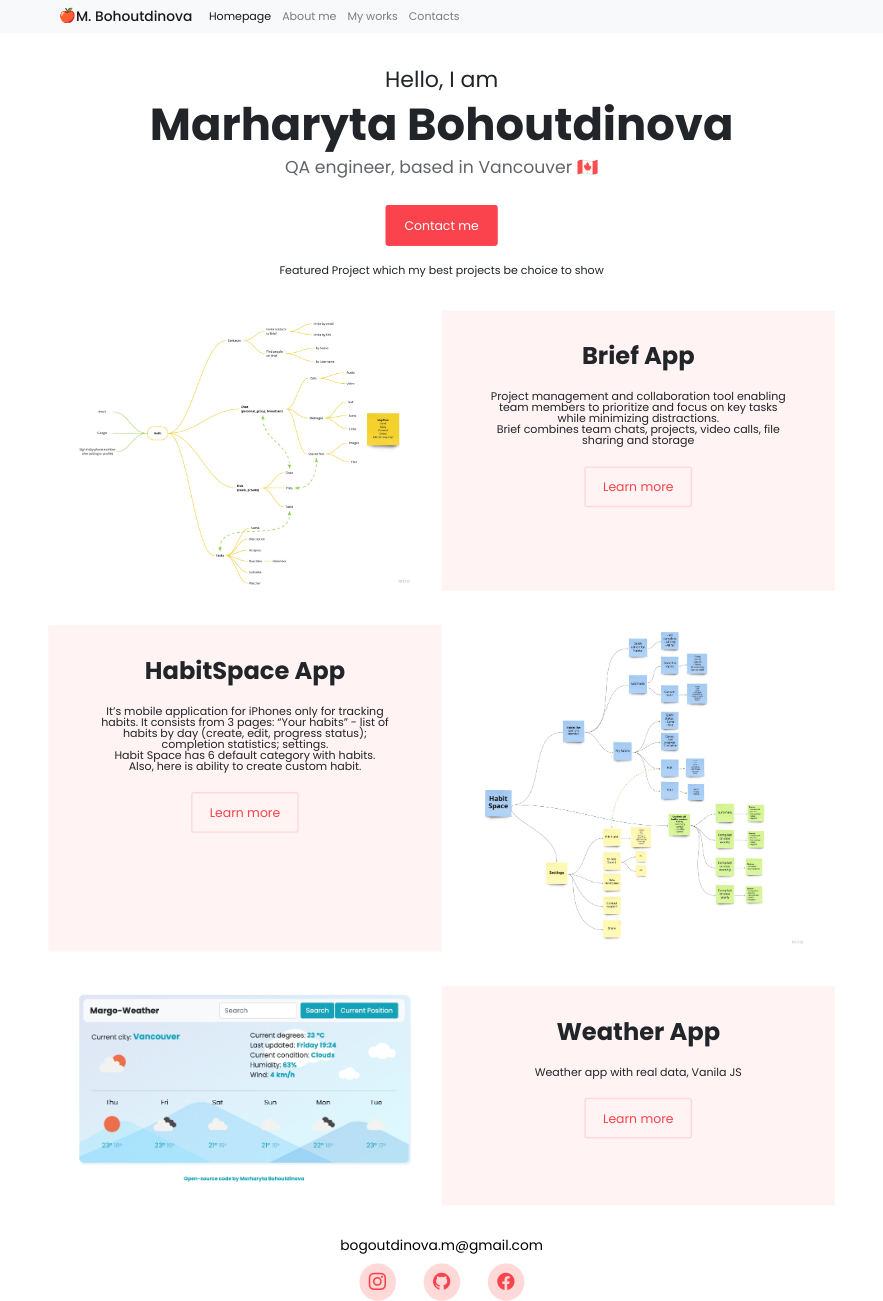
Repository: Bohoutdinova/Portfolio_week-4
Page: index.html
The author's editor kept a copy of each file at every save. The page is drawn from the files as they stood at one save, then again after the next save.
The browser window is 1280 px wide. The pictures show the whole page, at 69% of full size.
Some web libraries are served in a nearby version.

Above is the page before, as saved 2022-08-15 13:10:55.

### index.html
<!DOCTYPE html>
<html lang="en">
  <head>
    <meta charset="UTF-8" />
    <meta http-equiv="X-UA-Compatible" content="IE=edge" />
    <meta name="viewport" content="width=device-width, initial-scale=1.0" />
    <title>M. Bohoutdinova - QA engineer</title>
    <meta
      name="description"
      content="M. Bohoutdinova - QA engineer, situated in Vancouver"
    />
    <link
      rel="stylesheet"
      href="https://cdn.jsdelivr.net/npm/bootstrap@4.3.1/dist/css/bootstrap.min.css"
      integrity="sha384-ggOyR0iXCbMQv3Xipma34MD+dH/1fQ784/j6cY/iJTQUOhcWr7x9JvoRxT2MZw1T"
      crossorigin="anonymous"
    />
    <script
      src="https://code.jquery.com/jquery-3.3.1.slim.min.js"
      integrity="sha384-q8i/X+965DzO0rT7abK41JStQIAqVgRVzpbzo5smXKp4YfRvH+8abtTE1Pi6jizo"
      crossorigin="anonymous"
    ></script>
    <script
      src="https://cdn.jsdelivr.net/npm/popper.js@1.14.7/dist/umd/popper.min.js"
      integrity="sha384-UO2eT0CpHqdSJQ6hJty5KVphtPhzWj9WO1clHTMGa3JDZwrnQq4sF86dIHNDz0W1"
      crossorigin="anonymous"
    ></script>
    <script
      src="https://cdn.jsdelivr.net/npm/bootstrap@4.3.1/dist/js/bootstrap.min.js"
      integrity="sha384-JjSmVgyd0p3pXB1rRibZUAYoIIy6OrQ6VrjIEaFf/nJGzIxFDsf4x0xIM+B07jRM"
      crossorigin="anonymous"
    ></script>
    <link rel="stylesheet" href="/src/style.css" />
    <link rel="preconnect" href="https://fonts.googleapis.com" />
    <link rel="preconnect" href="https://fonts.gstatic.com" crossorigin />
    <link rel="preconnect" href="https://fonts.googleapis.com" />
    <link rel="preconnect" href="https://fonts.gstatic.com" crossorigin />
    <link
      href="https://fonts.googleapis.com/css2?family=Abril+Fatface&family=Poppins:wght@100;400;500;700&display=swap"
      rel="stylesheet"
    />
    <link
      rel="stylesheet"
      href="https://cdn.jsdelivr.net/npm/bootstrap-icons@1.3.0/font/bootstrap-icons.css"
    />
  </head>
  <body>
    <nav class="navbar navbar-expand-lg navbar-light bg-light">
      <div class="container">
        <a class="navbar-brand" href="/index.html" title="Homepage"
          >M. Bohoutdinova</a
        >
        <button
          class="navbar-toggler"
          type="button"
          data-toggle="collapse"
          data-target="#navbarNav"
          aria-controls="navbarNav"
          aria-expanded="false"
          aria-label="Toggle navigation"
        >
          <span class="navbar-toggler-icon"></span>
        </button>
        <div class="collapse navbar-collapse" id="navbarNav">
          <ul class="navbar-nav">
            <li class="nav-item active">
              <a class="nav-link" href="/index.html" title="Homepage"
                >Homepage <span class="sr-only">(current)</span></a
              >
            </li>
            <li class="nav-item">
              <a
                class="nav-link"
                href="/about.html"
                title="About M. Bohoutdinova"
                >About me</a
              >
            </li>
            <li class="nav-item">
              <a class="nav-link" href="/works.html" title="My works"
                >My works</a
              >
            </li>
            <li class="nav-item">
              <a
                class="nav-link"
                href="/contact.html"
                title="Contact with M. Bohoutdinova"
                >Contacts</a
              >
            </li>
          </ul>
        </div>
      </div>
    </nav>
    <div class="container mt-5">
      <div class="hero-page mt-5">
        <h2>Hello, I am</h2>
        <h1 class="name">Marharyta Bohoutdinova</h1>
        <h3>QA engineer, based in Vancouver 🇨🇦</h3>
        <a href="/contact.html" class="contact-me rounded" title="Contact me"
          >Contact me</a
        >
      </div>
      <p class="about-app mt-5">
        Featured Project which my best projects be choice to show
      </p>
      <div class="row">
        <div class="col d-none d-lg-block">
          <img
            src="/images/Brief.jpeg"
            alt="Brief-app"
            class="img-fluid"
            width="500"
          />
        </div>
        <div class="col app">
          <div class="app-description">
            <h2 class="app-name">Brief App</h2>
            <p class="app-description-p">
              Project management and collaboration tool enabling team members to
              prioritize and focus on key tasks while minimizing distractions.
              <br />
              Brief combines team chats, projects, video calls, file sharing and
              storage
            </p>
            <a
              href="https://fog-leaf-033.notion.site/Brief-project-3a08bc24c317428387abc1d3a0c38bfe"
              class="app-link rounded"
              title="Brief - learn more"
              target="_blank"
              >Learn more</a
            >
          </div>
        </div>
      </div>

      <div class="row">
        <div class="col app">
          <div class="app-description">
            <h2 class="app-name">HabitSpace App</h2>
            <p class="app-description-p">
              It’s mobile application for iPhones only for tracking habits. It
              consists from 3 pages: “Your habits” - list of habits by day
              (create, edit, progress status); completion statistics; settings.
              <br />Habit Space has 6 default category with habits. <br />
              Also, here is ability to create custom habit.
            </p>
            <a
              href="https://fog-leaf-033.notion.site/Habit-Space-project-0ca4871f7ebe4eb3bdfdc0d34e2a29ba"
              class="app-link rounded"
              title="Habitspace - learn more"
              target="_blank"
              >Learn more</a
            >
          </div>
        </div>
        <div class="col d-none d-lg-block">
          <img
            src="/images/Habit_space.jpeg"
            alt="HabitSpace-app"
            class="img-fluid"
            width="500"
          />
        </div>
      </div>

      <div class="row">
        <div class="col d-none d-lg-block">
          <img
            src="/images/Weather_1.png"
            alt="Weather-app"
            class="img-fluid"
            width="500"
          />
        </div>
        <div class="col app">
          <div class="app-description">
            <h2 class="app-name">Weather App</h2>
            <p class="app-description-p">
              Weather app with real data, Vanila JS
            </p>
            <a
              href="https://sprightly-kitsune-79868f.netlify.app/"
              class="app-link rounded"
              title="Weather-app - learn more"
              target="_blank"
              >Learn more</a
            >
          </div>
        </div>
      </div>
      <footer class="mt-5">
        <div class="mail-link-footer d-flex justify-content-center">
          <a
            href="mailto:bogoutdinova.m@gmail.com"
            title="mailto"
            class="email-link"
            >bogoutdinova.m@gmail.com</a
          >
        </div>
        <div class="links-i-block d-flex justify-content-center mt-3">
          <a
            href="https://www.instagram.com/rita_bogout/"
            target="_blank"
            title="instagram"
            class="icons-links"
            ><i class="bi bi-instagram"></i
          ></a>
          <a
            href="https://github.com/Bohoutdinova"
            target="_blank"
            title="github"
            class="icons-links"
            ><i class="bi bi-github"></i
          ></a>
          <a
            href="https://www.facebook.com/margarita.bogoutdinova/"
            target="_blank"
            title="facebook"
            class="icons-links"
            ><i class="bi bi-facebook"></i
          ></a>
        </div>
      </footer>
    </div>
  </body>
</html>

### src/style.css
:root {
  --main-family-font: "Poppins", sans-serif;
  --main-color: #fa434c;
}
body {
  font-family: var(--main-family-font);
  line-height: 1;
}

.navbar-brand {
  position: relative;
  padding-left: 25px;
  font-weight: 500;
}

.navbar-brand:before {
  position: absolute;
  content: "🍎";
  left: 0;
  top: 3px;
}

.navbar-brand:hover:before {
  content: "🍏";
}
.hero-page {
  text-align: center;
}

h2 {
  font-weight: 400;
}
h1 {
  font-weight: 700;
  font-size: 65px;
}
h3 {
  font-size: 25px;
  font-weight: 400;
  opacity: 70%;
}
.hero-page h3 {
  margin-bottom: 60px;
}
img {
  display: block;
  margin: 0 auto;
  text-align: center;
}
.col-sm-6 {
  padding: 0;
}
.contact-me {
  padding: 15px 25px;
  background-color: var(--main-color);
  color: white;
  font-size: 18px;
  border: 2px solid var(--main-color);
}
.contact-me:hover {
  color: var(--main-color);
  background-color: white;
  border-color: var(--main-color);
  text-decoration: none;
}
.about-app {
  text-align: center;
}
.app-name {
  font-size: 35px;
  font-weight: 700;
}
.app {
  background-color: rgb(255, 216, 216, 30%);
}
.app-description {
  padding: 15px 25px;
  margin: 30px;
  text-align: center;
}
.app-description-p {
  margin-top: 30px;
  margin-bottom: 50px;
}
.app-link {
  color: var(--main-color);
  padding: 15px 25px;
  font-size: 18px;
  border: 2px solid rgb(255, 216, 216);
}
.app-link:hover {
  text-decoration: none;
  color: black;
}
.row {
  margin-top: 50px;
}
.about-description {
  text-align: left;
}
@media (max-width: 900px) {
  h1 {
    font-size: 45px;
  }
  h3 {
    font-size: 20px;
  }
  .row {
    margin-top: 0;
  }
  .container-contacts {
    text-align: center;
  }
}
.about-page {
  text-align: center;
}
.works-app-head {
  color: black;
  opacity: 100%;
  font-size: 20px;
  font-weight: 700;
}
.works-p {
  font-size: 12px;
}
.container-contacts {
  padding: 160px 20px;
  margin: 0px 60px;
}
.email-link {
  text-decoration: none;
  font-size: 20px;
  color: black;
  text-align: center;
}
.email-link:hover {
  text-decoration: none;
  color: var(--main-color);
}
footer .links-i-block a {
  margin: 0px 20px;
  color: var(--main-color);
  background-color: rgb(255, 216, 216);
  padding: 14px 14px;
  font-size: 25px;
  border-radius: 50%;
}

After the next save:
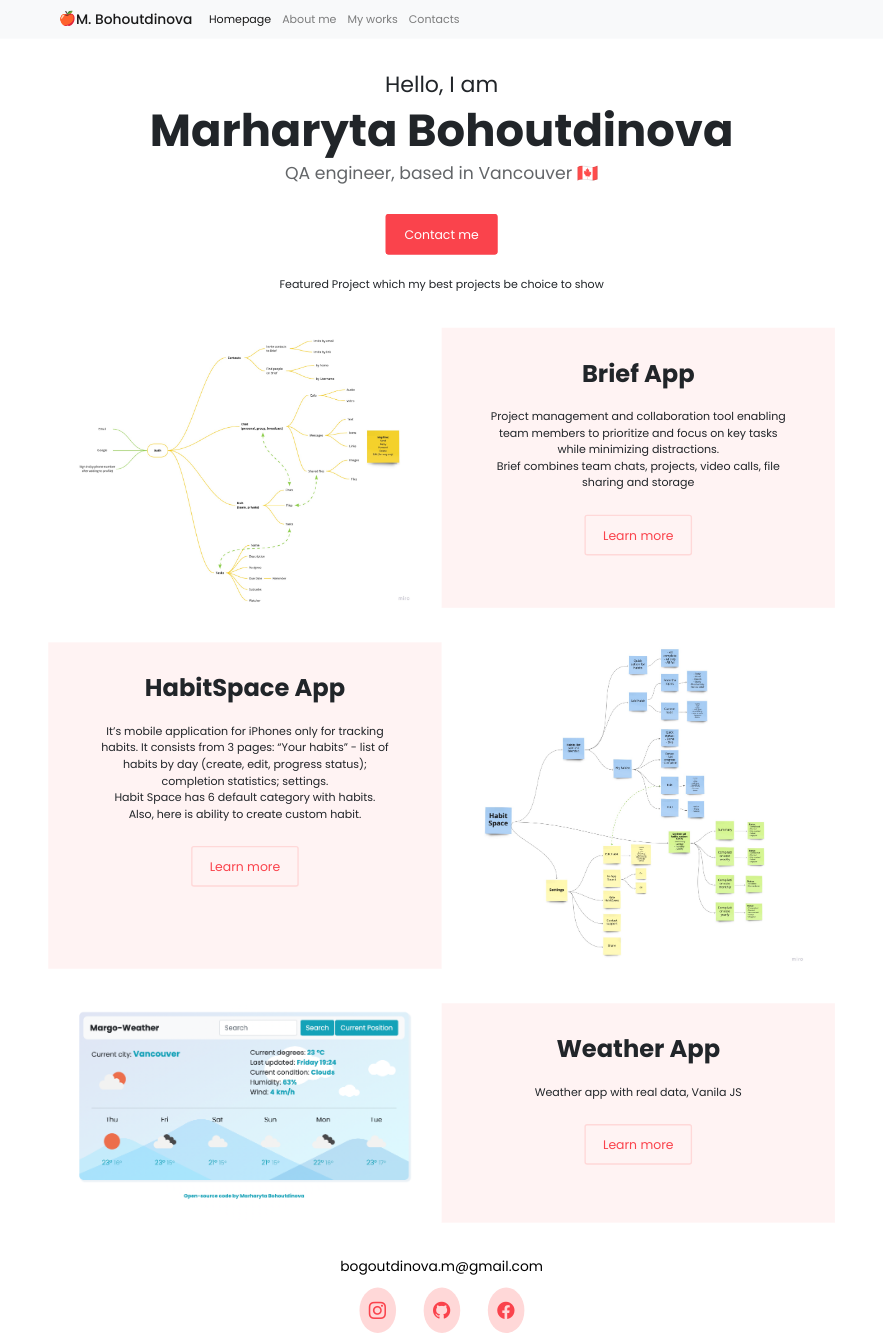
Saved 7 s later.
--- a/src/style.css
+++ b/src/style.css
@@ -4,7 +4,6 @@
 }
 body {
   font-family: var(--main-family-font);
-  line-height: 1;
 }
 
 .navbar-brand {
